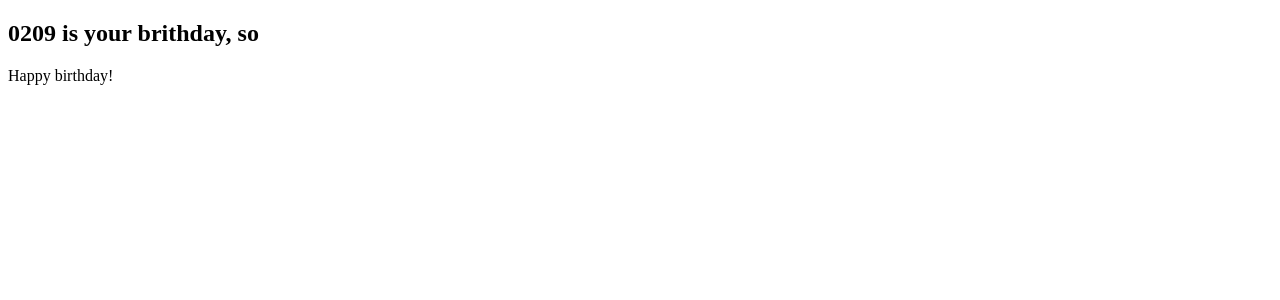
Repository: Caococos/02-09
Page: /
An editor plug-in stored every save of this project. The page is shown before and after the next save, followed by the edit.
The browser window is 1280 px wide. The pictures show the whole page.
The project was rebuilt for these pictures with package versions that can differ from the ones it lists, and the page was loaded fresh each time. Also part of the build but not shown: vue.config.js.

Above is the page before, as saved 2021-06-11 21:43:18.

### src/App.vue
<!--
 * @Descripttion:
 * @version: 1.0
 * @Author: Zhihaot1
 * @Date: 2021-06-11 21:03:51
 * @LastEditors: Zhihaot1
 * @LastEditTime: 2021-06-11 21:30:25
-->
<template>
  <div id="app">
    <router-view />
  </div>
</template>

<style>
</style>

### src/router/index.js
/*
 * @Descripttion:
 * @version: 1.0
 * @Author: Zhihaot1
 * @Date: 2021-06-11 21:03:51
 * @LastEditors: Zhihaot1
 * @LastEditTime: 2021-06-11 21:34:08
 */
import Vue from 'vue'
import VueRouter from 'vue-router'
import Home from 'views/home/Home.vue'

Vue.use(VueRouter)

const routes = [
  {
    path: '',
    redirect: '/home'
  },
  {
    path: '/home',
    name: 'Home',
    component: Home
  },
  // {
  //   path: '/about',
  //   name: 'About',
  //   // route level code-splitting
  //   // this generates a separate chunk (about.[hash].js) for this route
  //   // which is lazy-loaded when the route is visited.
  //   component: () => import(/* webpackChunkName: "about" */ '../views/About.vue')
  // }
]

const router = new VueRouter({
  mode: 'history',
  base: process.env.BASE_URL,
  routes
})

export default router

### src/views/home/Home.vue
<template>
  <div class="home">
    <h2>0209 is your brithday, so</h2>
    <span>Happy birthday!</span><span></span><span></span><span></span>
  </div>
</template>

<script>

export default {
  name: 'Home'
}
</script>
<style scoped>
</style>

Loaded but not shown: public/index.html (common file); src/main.js (common file)

After the next save:
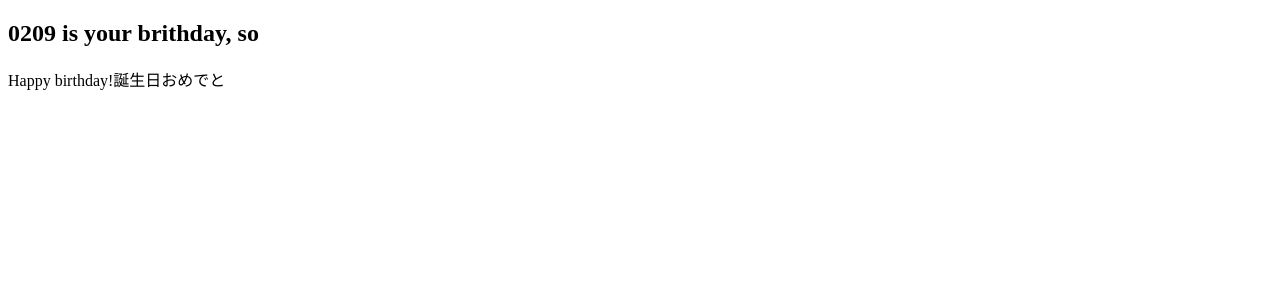
Saved 31 s later.
--- a/src/views/home/Home.vue
+++ b/src/views/home/Home.vue
@@ -1,7 +1,7 @@
 <template>
   <div class="home">
     <h2>0209 is your brithday, so</h2>
-    <span>Happy birthday!</span><span></span><span></span><span></span>
+    <span>Happy birthday!</span>誕生日おめでと<span></span><span></span><span></span>
   </div>
 </template>
 
